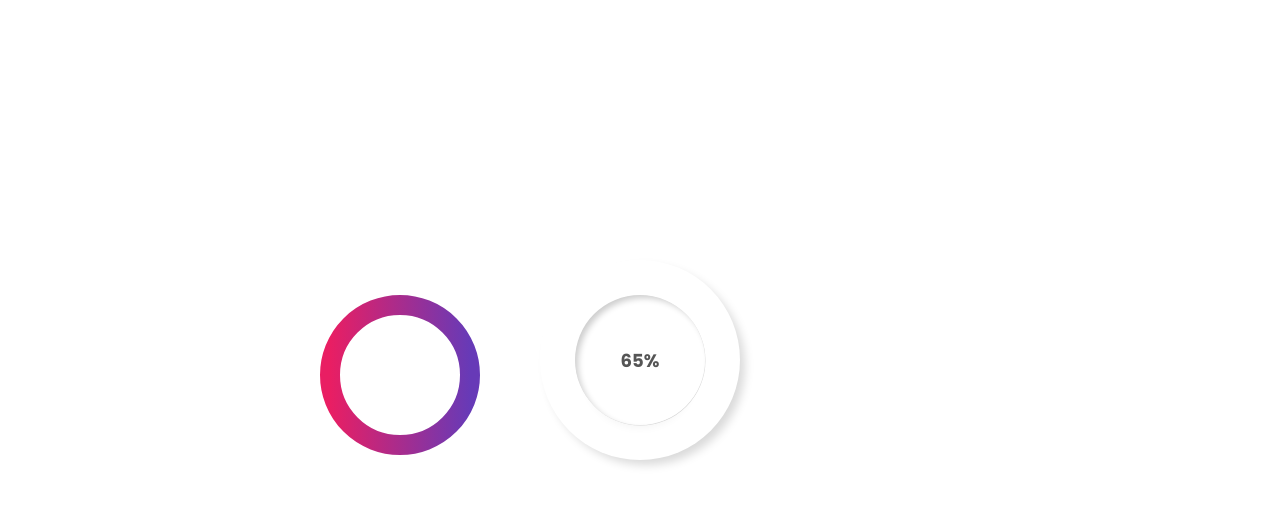
Repository: Ankitkr2021/Loader-Spinner
Page: index.html
The author's editor kept a copy of each file at every save. The page is drawn from the files as they stood at one save, then again after the next save.
The browser window is 1280 px wide. The pictures show the whole page.

Above is the page before, as saved 2025-10-21 13:28:54.

After the next save:
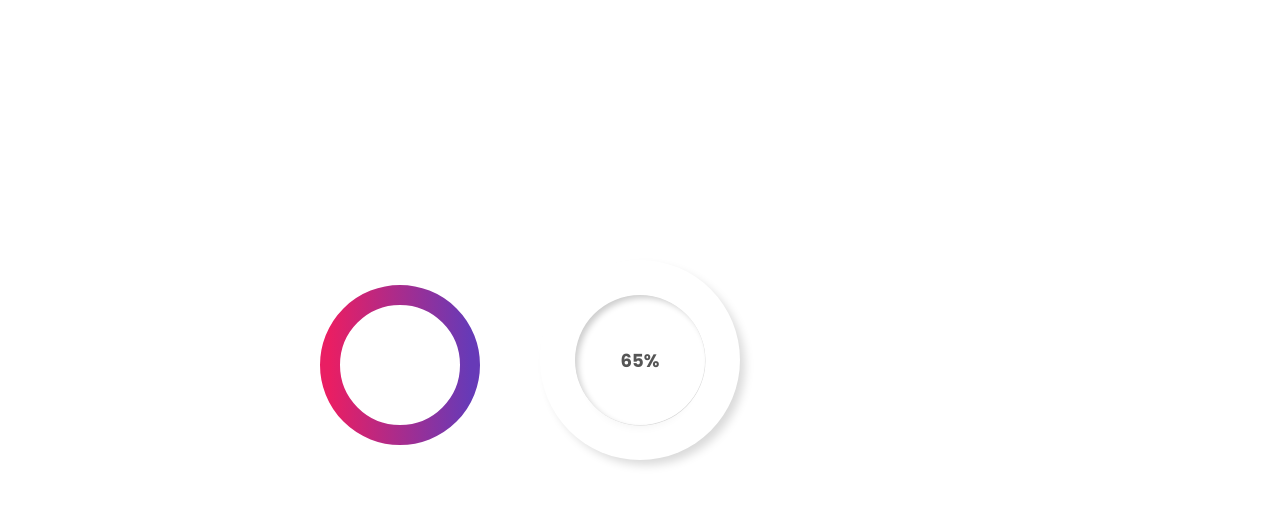
Saved 4 s later.
--- a/style.css
+++ b/style.css
@@ -59,6 +59,6 @@ circle {
 
 svg {
     position: absolute;
-    top: 295px;
+    top: 285px;
     left: 320px;
 }
